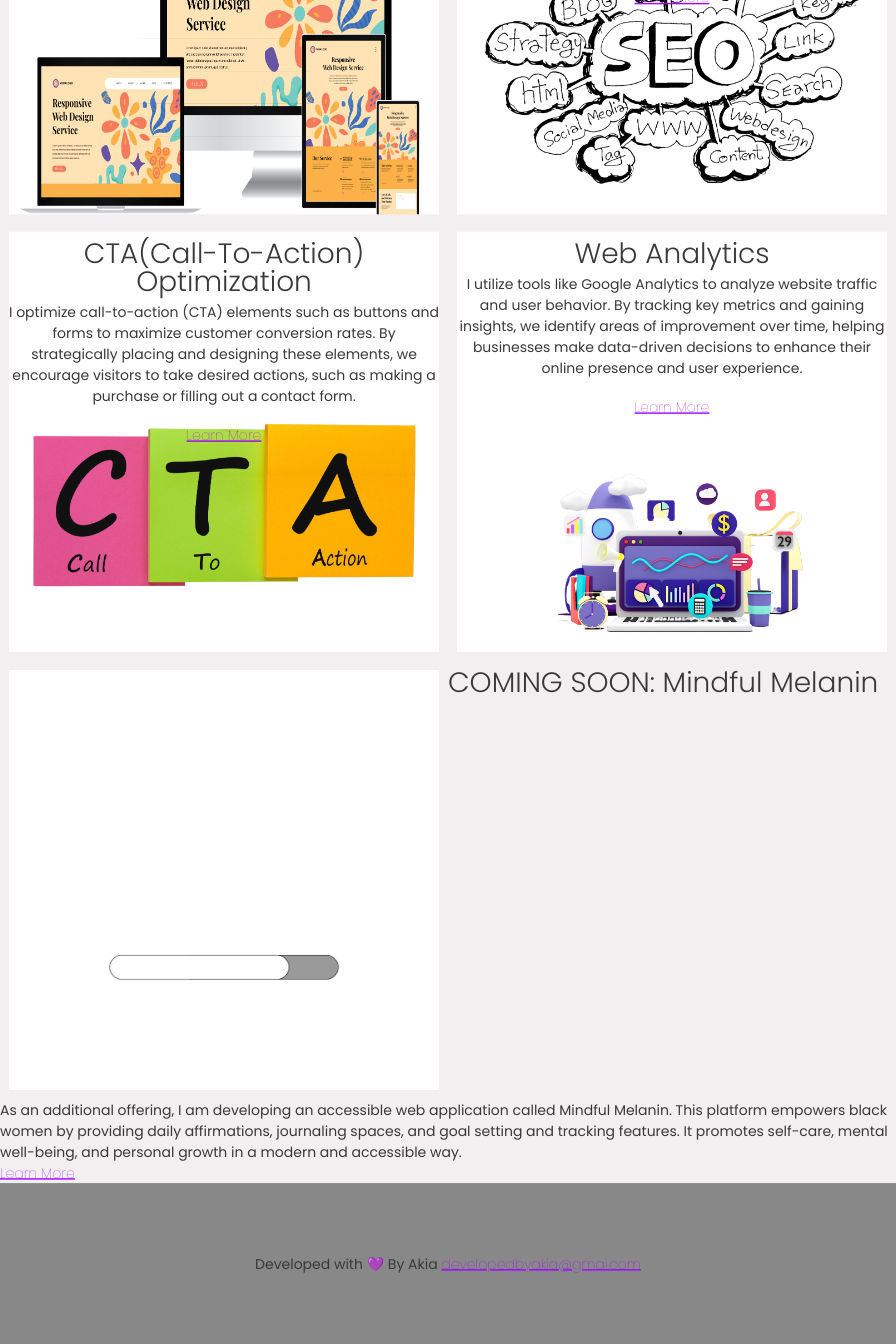
Repository: akiachenise/akiachenise.github.io
Page: index.html
An editor plug-in stored every save of this project. The page is shown before and after the next save, followed by the edit.
The browser window is 1280 px wide. The pictures show the part of the page from y = 983 to 2903 px (the page is 2903 px tall before and 2157 px after), at 70% of full size.

Above is the page before, as saved 2023-06-08 21:45:31.

### index.html
<!DOCTYPE html>
<html lang = "en">
<head>
     <meta charset="utf-8" />
     <title>Developed By Akia</title>
     <link rel="stylesheet" href="css/styles.css" />
     <meta name="viewport" content="width=device-width, initial-scale=1">

</head>
<body>
    <header>
        <div class="switch">
            <div class="flicker"></div>
            <div class="moon"></div>
        </div>
    </header>

    <section class="main">
        <div class="main-text">
            <h1>Hi I'm Akia</h1>
            <p>I'm a Full Stack Software Developer, and Accessibility Advocate</p>
            <br/>
            <p>I am passionate about Mindful Web Development and creating user-centric experiences</p>
            <br/>
            <a href="#footer">contact me ></a>
        </div>

        </section>
    <section class="sub-section">
        <div class="square" id="web-design">
            <h2>Web Design and Development</h2>
            <p>I specialize in creating accessible mobile-first designs that engage users and drive results. Working closely with clients, we understand their needs and goals, delivering unique online experiences that align with their brand identity and business objectives</p>
            </br>
            <a href="">Learn More</a>
        </div>
        <div class="square" id="search-engine">
            <h2>Search Engine Optimization(SEO)</h2>
            <p>I help businesses improve their online presence and boost customer conversion rates through effective Search Engine Optimization. This includes comprehensive keyword research, technical SEO, and local SEO strategies to enhance visibility and attract organic traffic.</p>
            </br>
            <a href="">Learn More</a>
        </div>
        <div class="square" id="call-to-action">
            <h2>CTA(Call-To-Action) Optimization</h2>
            <p>I optimize call-to-action (CTA) elements such as buttons and forms to maximize customer conversion rates. By strategically placing and designing these elements, we encourage visitors to take desired actions, such as making a purchase or filling out a contact form.</p>
            </br>
            <a href="">Learn More</a>
        </div>
        <div class="square" id="web-analytics">
            <h2>Web Analytics</h2>
            <p>I utilize tools like Google Analytics to analyze website traffic and user behavior. By tracking key metrics and gaining insights, we identify areas of improvement over time, helping businesses make data-driven decisions to enhance their online presence and user experience.</p>
            </br>
            <a href="">Learn More</a>
        </div>
        <div class="square" id="coming-soon"></div>
            <h2>COMING SOON: Mindful Melanin</h2>
            <p>As an additional offering, I am developing an accessible web application called Mindful Melanin. This platform empowers black women by providing daily affirmations, journaling spaces, and goal setting and tracking features. It promotes self-care, mental well-being, and personal growth in a modern and accessible way.</p>
            </br>
            <a href="">Learn More</a>
        </div>
    </section>

        <footer id ="footer">
            <p>Developed with 💜 By Akia <a href="mailto:developedbyakia@gmail.com">developedbyakia@gmai.com</a></p>


            <script src="js/scripts.js"></script>
        </body>
    </html>

### css/styles.css
@import url('https://fonts.googleapis.com/css2?family=Poppins:ital,wght@0,100;0,200;0,300;0,400;0,500;0,600;0,700;0,800;0,900;1,100;1,200;1,400;1,500;1,600;1,700;1,800;1,900&display=swap');

body {
    transition: 0.3s;
    margin: 0;
    padding: 0;
    background-color: rgb(241, 239, 239);
    font-family: 'Poppins', sans-serif;
    color: rgb(57, 57, 57);
}

h1 {
    font-size: 70px;
    line-height:70px;
    font-weight: 300;
    margin: 10px 0;
}

h2 {
    font-size: 40px;
    line-height: 40px;
    font-weight: 300;
    margin: 10px 0;
}

p {
    margin: 0px;
    font-size: 20px;
}

a {
    color:rgb(162, 0, 255);
    font-size: 20px;
    font-weight: 100;
}

.dark a {
    color: rgb(246, 169, 241);
}


header {
    display: flex;
    justify-content: flex-end;
    padding: 30px;
}

.switch {
  width: 80px;
  height: 40px;
  border-radius: 20px;
  background-color: rgb(39, 38, 38);
  position: relative;
}

.flicker {
  width: 30px;
  height: 30px;
  border-radius: 15px;
  background-color: rgb(255, 255, 255);
  position: absolute;
  top: 5px;
  left: 5px;
  transition: 0.3s;
  box-shadow:
    inset 4px 4px 4px rgb(255, 255, 255),
    inset -4px -4px 4px rgb(195 193 198 / 90%);
}

.dark {
    background-color: rgb(57, 57, 57);
    transition: 0.3s;
}

.moon {
    width: 20px;
    height: 20px;
    border-radius: 10px;
    box-shadow: 4px 4px 0 0 rgb(255, 255, 255);
    position: absolute;
    top: 5px;
    left: 45px;
}

.dark .flicker {
    transform: translateX(40px);
    transition: 0.3s;
}

.dark > * {
    color: rgb(255, 255, 255);
}

.main{
    height: 80vh;
}
.main-text {
    width: 50%;
    padding: 30px;
}

.square {
    width: 98%;
    margin: 1%;
    height: 350px;
    background-color: rgb(255, 255, 255);
    text-align: center;
}

.dark .square {
    background-color: rgb(71, 71, 71);
}
#web-design {
    background-image: url("../images/web-design.png");
    background-size: cover;
}

#search-engine {
    background-image: url("../images/search-engine.png");
    background-size: cover;
}

#call-to-action {
    background-image: url("../images/call-to-action.png");
    background-size: cover;
}

#web-analytics {
    background-image: url("../images/web-analytics.png");
    background-size: cover;
}

#coming-soon {
    background-image: url("../images/coming-soon-light.png");
    background-size: cover;
}
.dark #coming-soon {
    background-image: url("../images/coming-soon-dark.png");
    background-size: cover;
}

.sub-section {
    display: flex;
    flex-wrap: wrap;
}

footer {
    display: flex;
    justify-content: center;
    padding: 100px 30px;
    background-color: rgb(136, 136, 136);
}

.dark footer {
    background-color: (28, 28, 28);
}


@media only screen and (min-width: 970px) {
    .square {
        width: 48%;
        margin: 1%;
        height: 600px;
    }
}

### js/scripts.js
const switchElement = document.querySelector('.switch')

switchElement.addEventListener('click', () => {
  document.body.classList.toggle('dark')
})

After the next save:
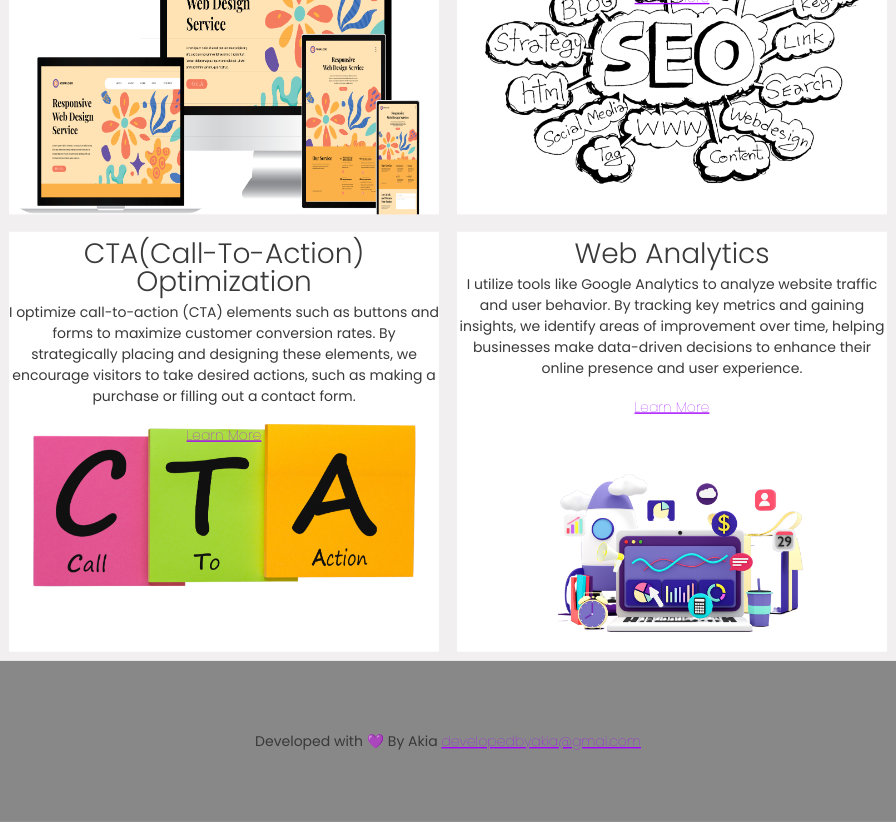
Saved 2 min 32 s later.
--- a/index.html
+++ b/index.html
@@ -51,12 +51,12 @@
             </br>
             <a href="">Learn More</a>
         </div>
-        <div class="square" id="coming-soon"></div>
+<!--<div class="square" id="coming-soon"></div>
             <h2>COMING SOON: Mindful Melanin</h2>
             <p>As an additional offering, I am developing an accessible web application called Mindful Melanin. This platform empowers black women by providing daily affirmations, journaling spaces, and goal setting and tracking features. It promotes self-care, mental well-being, and personal growth in a modern and accessible way.</p>
             </br>
             <a href="">Learn More</a>
-        </div>
+        </div>-->
     </section>
 
         <footer id ="footer">
